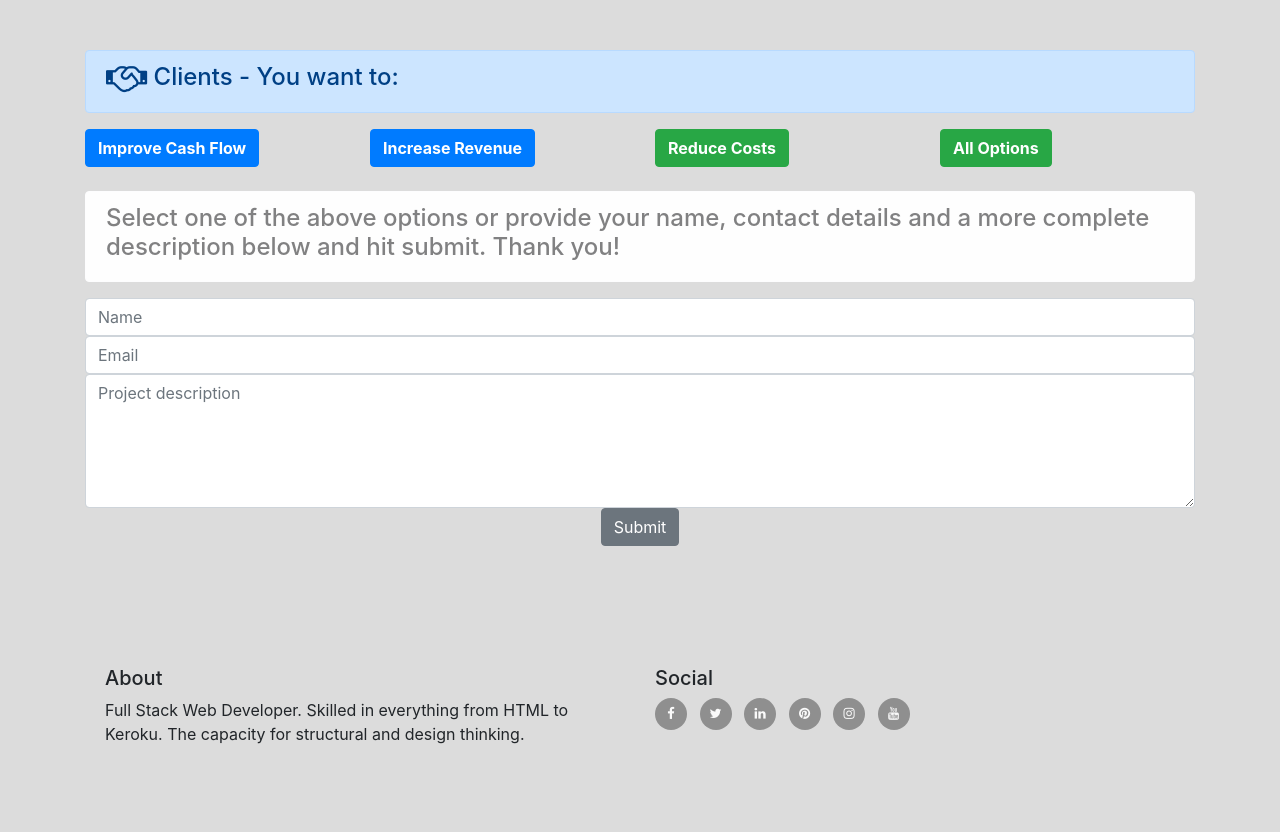
Repository: Code-Institute-Submissions/tenerim-milestone1
Page: Clients.html
The author's editor kept a record of every edit. The page is drawn from the files as they stood at one moment, then again after the next edit.
The browser window is 1280 px wide. The pictures show the whole page.

Above is the page before.

After the next edit:
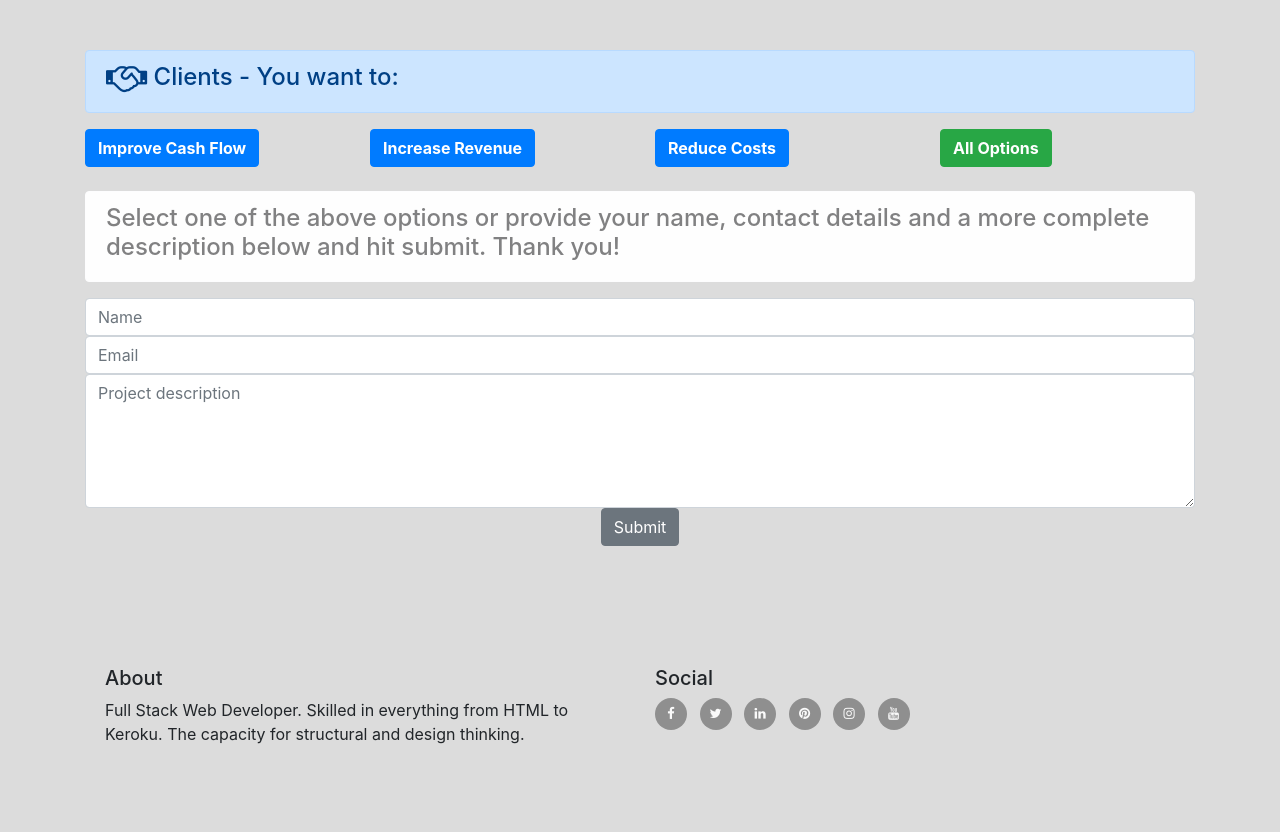
The edit:
--- a/Clients.html
+++ b/Clients.html
@@ -39,7 +39,7 @@
                     <button type="button" class="btn btn-primary"><a href="#" class="alert-link">Increase Revenue</a></button> <br />
                 </div>
                 <div class="col-sm-3">
-                    <button type="button" class="btn btn-success"><a href="#" class="alert-link">Reduce Costs</a></button> <br />
+                    <button type="button" class="btn btn-primary"><a href="#" class="alert-link">Reduce Costs</a></button> <br />
                 </div>
                 <div class="col-sm-3">
                     <button type="button" class="btn btn-success"><a href="#" class="alert-link">All Options</a></button> <br /> <br />
